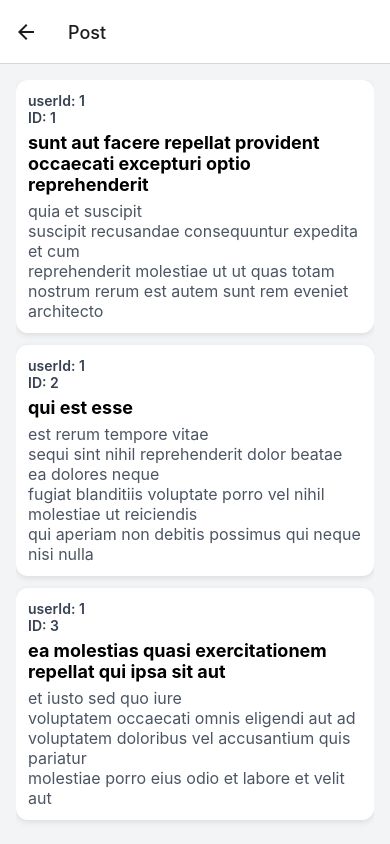
Repository: nawaz1568/Task_counter
Screen: /Post
The author's editor kept a copy of each file at every save. The screen is drawn from the files as they stood at one save, then again after the next save.
An inner scrolling area shows only its first screen. The app was drawn by React Native's web renderer in a window 390 px wide. The project was rebuilt for these pictures with package versions that can differ from the ones it lists, and the page was loaded fresh each time. Also part of the build but not shown: src/components/Header.js, src/screens/PostListScreen.js, src/screens/PostDetailScreen.js, src/screens/CounterScreen.js, src/screens/AnotherDetailScreen.js, src/screens/DummyPostsScreen.js, src/screens/DummyPostDetailScreen.js.

Above is the screen before, as saved 2025-09-09 19:13:47.

### App.js
import React from 'react';
import { NavigationContainer } from '@react-navigation/native';
import { createNativeStackNavigator } from '@react-navigation/native-stack';
import LoginScreen from './src/screens/LoginScreen';
import PostListScreen from './src/screens/PostListScreen';
import PostDetailScreen from './src/screens/PostDetailScreen';
import CounterScreen from './src/screens/CounterScreen';
import PostsScreen from './src/screens/PostsScreen';
import AnotherDetailScreen from './src/screens/AnotherDetailScreen';
import DummyPostsScreen from './src/screens/DummyPostsScreen';
import DummyPostDetailScreen from './src/screens/DummyPostDetailScreen';

const Stack = createNativeStackNavigator();

export default function App() {
  return (
    <NavigationContainer>
      <Stack.Navigator initialRouteName="Login">
        <Stack.Screen name="Login" component={LoginScreen} options={{ title: 'Login' }} />
        <Stack.Screen name="Posts" component={PostListScreen} options={{ title: 'Posts' }} />
        <Stack.Screen name="Details" component={PostDetailScreen} options={{ title: 'Post Details' }} />
        <Stack.Screen name="AnotherDetails" component={AnotherDetailScreen} options={{ title: 'Another Detail' }} />
        <Stack.Screen name="Post" component={PostsScreen} options={{ title: 'Post' }} />
        <Stack.Screen name="Counter" component={CounterScreen} options={{ title: 'Counter' }} />
         <Stack.Screen name="DummyPosts" component={DummyPostsScreen} options={{ title: 'Dummy Posts' }} />
        <Stack.Screen name="DummyPostDetail" component={DummyPostDetailScreen} options={{ title: 'Post Detail' }} />
      </Stack.Navigator>
    </NavigationContainer>
  );
}

### src/screens/LoginScreen.js
import React, { useState } from 'react';
import { View, Text, TextInput, Alert, TouchableOpacity, StyleSheet } from 'react-native';

export default function LoginScreen({ navigation }) {
  const [email, setEmail] = useState('');
  const [password, setPassword] = useState('');

  const onLogin = () => {
    Alert.alert('Login', `Email: ${email}\nPassword: ${password}`);
    navigation.navigate('Posts');
  };


  const goToCounter = () => {
    navigation.navigate('Counter');
  };

  return (
    <View style={styles.container}>
      <Text style={styles.title}>Welcome</Text>
      <TextInput
        placeholder="Email"
        value={email}
        onChangeText={setEmail}
        keyboardType="email-address"
        autoCapitalize="none"
        style={styles.input}
      />
      <TextInput
        placeholder="Password"
        value={password}
        onChangeText={setPassword}
        secureTextEntry
        style={styles.input}
      />
      <TouchableOpacity style={styles.button} onPress={onLogin}>
        <Text style={styles.buttonText}>Login</Text>
      </TouchableOpacity>
<TouchableOpacity
  style={[styles.button, { backgroundColor: '#2563eb', marginTop: 12 }]}
  onPress={() => navigation.navigate('Post')}
>
  <Text style={styles.buttonText}>JSON</Text>
</TouchableOpacity>


<TouchableOpacity
  style={[styles.button, { backgroundColor: '#10b981', marginTop: 12 }]}
  onPress={() => navigation.navigate('DummyPosts')}
>
  <Text style={styles.buttonText}>Dummy API</Text>
</TouchableOpacity>

      <TouchableOpacity style={[styles.button, { backgroundColor: '#f59e0b', marginTop: 12 }]} onPress={goToCounter}>
        <Text style={styles.buttonText}>Go to Counter Demo</Text>
      </TouchableOpacity>
    </View>
  );
}

const styles = StyleSheet.create({
  container: {
    flex: 1,
    alignItems: 'center',
    justifyContent: 'center',
    padding: 20,
    backgroundColor: '#f9fafb',
  },
  title: { fontSize: 24, fontWeight: '700', marginBottom: 24 },
  input: {
    width: '100%',
    borderWidth: 1,
    borderColor: '#d1d5db',
    borderRadius: 12,
    padding: 12,
    marginBottom: 12,
    backgroundColor: '#fff',
  },
  button: {
    width: '100%',
    padding: 14,
    backgroundColor: '#111827',
    borderRadius: 12,
    alignItems: 'center',
    marginTop: 4,
  },
  buttonText: { color: '#fff', fontWeight: '600' },
});

### src/screens/PostsScreen.js
import React, { useState } from 'react';
import { View, Text, FlatList, TouchableOpacity, StyleSheet, ActivityIndicator } from 'react-native';
import postsData from '../data/posts.json';

export default function PostsScreen({ navigation }) {
  const PAGE_SIZE = 15;
  const [page, setPage] = useState(1);
  const [data, setData] = useState(postsData.slice(0, PAGE_SIZE));
  const [loading, setLoading] = useState(false);

  // Load more data when reaching end
  const loadMore = () => {
    if (loading) return;

    const start = page * PAGE_SIZE;
    const end = start + PAGE_SIZE;

    if (start >= postsData.length) return; // No more data

    setLoading(true);

    // Simulate async loading
    setTimeout(() => {
      setData((prev) => [...prev, ...postsData.slice(start, end)]);
      setPage((prev) => prev + 1);
      setLoading(false);
    }, 500);
  };

  const renderItem = ({ item }) => (
    <TouchableOpacity
      style={styles.card}
      onPress={() =>
        navigation.navigate('AnotherDetails', {
          name: item.title,
          description: item.body,
        })
      }
    >
      <Text style={styles.heading}>userId: {item.userId}</Text>
      <Text style={styles.heading}>ID: {item.id}</Text>
      <Text style={styles.title}>{item.title}</Text>
      <Text style={styles.body}>{item.body}</Text>
    </TouchableOpacity>
  );

  return (
    <View style={styles.container}>
      <FlatList
        data={data}
        keyExtractor={(item) => item.id.toString()}
        renderItem={renderItem}
        onEndReached={loadMore}
        onEndReachedThreshold={0.5}
        ListFooterComponent={
          loading ? <ActivityIndicator size="small" color="#000" /> : null
        }
      />
    </View>
  );
}

const styles = StyleSheet.create({
  container: {
    flex: 1,
    padding: 16,
    backgroundColor: '#f3f4f6',
  },
  card: {
    backgroundColor: '#fff',
    borderRadius: 12,
    marginBottom: 12,
    padding: 12,
    shadowColor: '#000',
    shadowOpacity: 0.1,
    shadowRadius: 6,
    shadowOffset: { width: 0, height: 2 },
  },
  heading: {
    fontSize: 14,
    fontWeight: '600',
    color: '#374151',
  },
  title: {
    fontSize: 18,
    fontWeight: '700',
    marginVertical: 6,
  },
  body: {
    fontSize: 16,
    color: '#4b5563',
  },
});

Loaded but not shown: src/data/posts.json (common file)

After the next save:
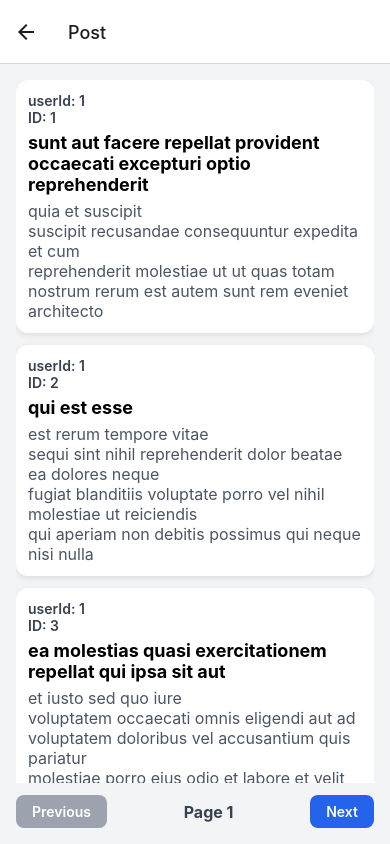
Saved 70 s later.
--- a/src/screens/PostsScreen.js
+++ b/src/screens/PostsScreen.js
@@ -1,31 +1,15 @@
 import React, { useState } from 'react';
-import { View, Text, FlatList, TouchableOpacity, StyleSheet, ActivityIndicator } from 'react-native';
+import { View, Text, FlatList, TouchableOpacity, StyleSheet } from 'react-native';
 import postsData from '../data/posts.json';
 
 export default function PostsScreen({ navigation }) {
   const PAGE_SIZE = 15;
   const [page, setPage] = useState(1);
-  const [data, setData] = useState(postsData.slice(0, PAGE_SIZE));
-  const [loading, setLoading] = useState(false);
 
-  // Load more data when reaching end
-  const loadMore = () => {
-    if (loading) return;
-
-    const start = page * PAGE_SIZE;
-    const end = start + PAGE_SIZE;
-
-    if (start >= postsData.length) return; // No more data
-
-    setLoading(true);
-
-    // Simulate async loading
-    setTimeout(() => {
-      setData((prev) => [...prev, ...postsData.slice(start, end)]);
-      setPage((prev) => prev + 1);
-      setLoading(false);
-    }, 500);
-  };
+  // Slice posts based on page
+  const start = (page - 1) * PAGE_SIZE;
+  const end = start + PAGE_SIZE;
+  const currentData = postsData.slice(start, end);
 
   const renderItem = ({ item }) => (
     <TouchableOpacity
@@ -47,15 +31,34 @@ export default function PostsScreen({ navigation }) {
   return (
     <View style={styles.container}>
       <FlatList
-        data={data}
+        data={currentData}
         keyExtractor={(item) => item.id.toString()}
         renderItem={renderItem}
-        onEndReached={loadMore}
-        onEndReachedThreshold={0.5}
-        ListFooterComponent={
-          loading ? <ActivityIndicator size="small" color="#000" /> : null
-        }
       />
+
+      {/* Pagination Controls */}
+      <View style={styles.pagination}>
+        <TouchableOpacity
+          style={[styles.button, page === 1 && styles.disabledButton]}
+          disabled={page === 1}
+          onPress={() => setPage(page - 1)}
+        >
+          <Text style={styles.buttonText}>Previous</Text>
+        </TouchableOpacity>
+
+        <Text style={styles.pageNumber}>Page {page}</Text>
+
+        <TouchableOpacity
+          style={[
+            styles.button,
+            end >= postsData.length && styles.disabledButton,
+          ]}
+          disabled={end >= postsData.length}
+          onPress={() => setPage(page + 1)}
+        >
+          <Text style={styles.buttonText}>Next</Text>
+        </TouchableOpacity>
+      </View>
     </View>
   );
 }
@@ -90,4 +93,28 @@ const styles = StyleSheet.create({
     fontSize: 16,
     color: '#4b5563',
   },
+  pagination: {
+    flexDirection: 'row',
+    justifyContent: 'space-between',
+    alignItems: 'center',
+    marginTop: 12,
+  },
+  button: {
+    backgroundColor: '#2563eb',
+    paddingVertical: 8,
+    paddingHorizontal: 16,
+    borderRadius: 8,
+  },
+  disabledButton: {
+    backgroundColor: '#9ca3af',
+  },
+  buttonText: {
+    color: '#fff',
+    fontWeight: '600',
+  },
+  pageNumber: {
+    fontSize: 16,
+    fontWeight: '700',
+    color: '#374151',
+  },
 });
